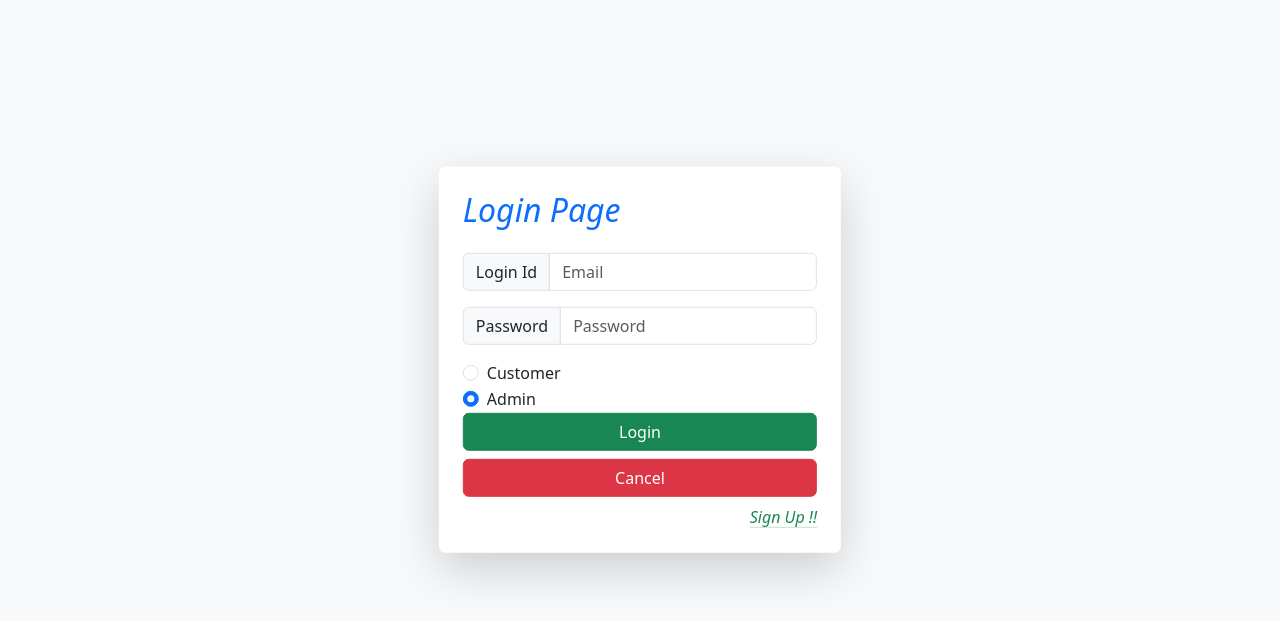
Repository: Niket-mishra/Dummy
Page: http://localhost/Mini-Project/Login.jsp
These files come from the project's save history. The page is drawn as it stood at one moment and after the next save; the edit follows.
The browser window is 1280 px wide. The pictures show the whole page.
The page is served by Tomcat 10. Other server files are loaded and not shown.

Above is the page before, as saved 2024-05-07 16:37:44.

### Mini-Project/src/main/webapp/Login.jsp
<%@ page language="java" contentType="text/html; charset=ISO-8859-1"
    pageEncoding="ISO-8859-1"%>
<!DOCTYPE html>
<html>
<head>
<meta charset="ISO-8859-1">
<link href="https://cdn.jsdelivr.net/npm/bootstrap@5.3.3/dist/css/bootstrap.min.css" rel="stylesheet" integrity="sha384-QWTKZyjpPEjISv5WaRU9OFeRpok6YctnYmDr5pNlyT2bRjXh0JMhjY6hW+ALEwIH" crossorigin="anonymous">
<title>Login Page</title>
</head>
<body class = "bg-light">
<div class="position-absolute top-50 start-50 translate-middle  p-4 mb-5 rounded shadow-lg bg-white">
<h2 class ="mb-4 fst-italic text-primary">Login Page</h2>
<form action="LoginController">
<div class="input-group mb-3">
  <span class="input-group-text">Login Id</span>
  <input type="email" aria-label="Email" class="form-control" placeholder="Email" required>
</div>

<div class="input-group mb-3">
  <span class="input-group-text">Password</span>
  <input type="password" aria-label="password" class="form-control" placeholder="Password" required>
</div>

<div class="form-check">
  <input class="form-check-input" type="radio" name="customer" id="flexRadioDefault1">
  <label class="form-check-label" for="flexRadioDefault1">
  Customer
  </label>
</div>
<div class="form-check">
  <input class="form-check-input" type="radio" name="admin" id="flexRadioDefault2" checked>
  <label class="form-check-label" for="flexRadioDefault2">
    Admin
  </label>
</div>

<div class="vstack gap-2 col-md-12 mx-auto">
<input type ="submit" value ="Login" class="btn btn-success">
<input type ="reset" value ="Cancel" class = "btn btn-danger">
<a href="NewCustomer.jsp" class = "fst-italic align-bottom d-flex justify-content-end link-success link-offset-2 link-underline-opacity-25 link-underline-opacity-100-hover">Sign Up !!</a>
</div>

</form>
</div>
</body>
</html>

After the next save:
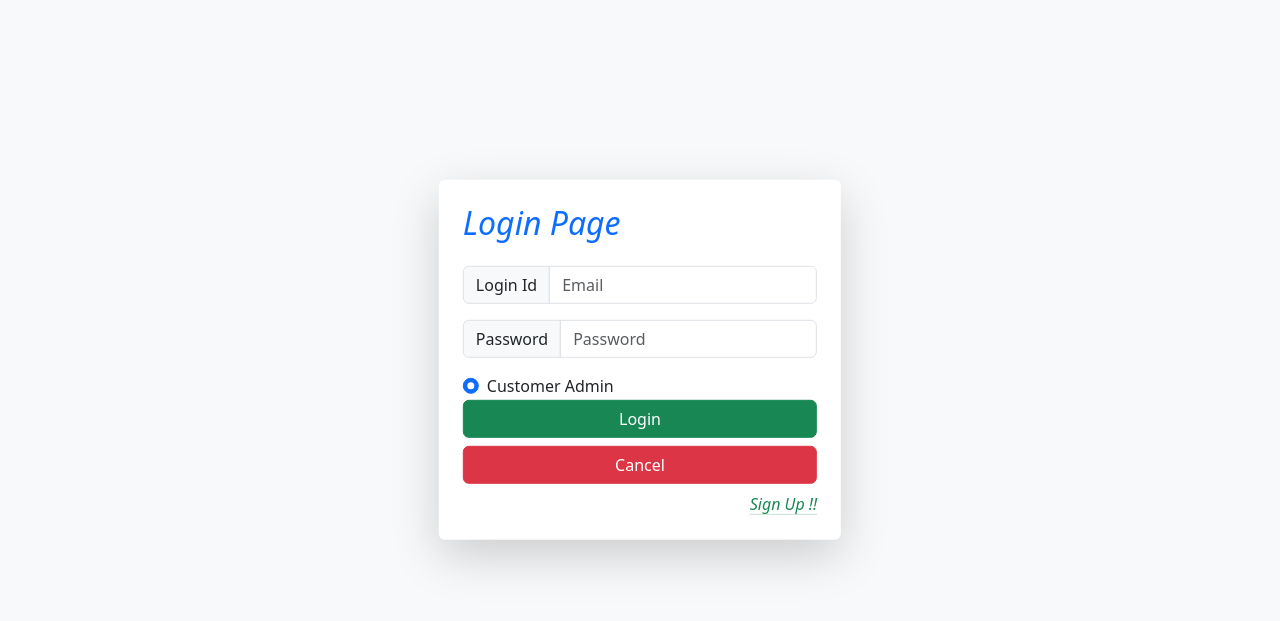
Saved 84 s later.
--- a/Mini-Project/src/main/webapp/Login.jsp
+++ b/Mini-Project/src/main/webapp/Login.jsp
@@ -26,13 +26,12 @@
   <label class="form-check-label" for="flexRadioDefault1">
   Customer
   </label>
-</div>
-<div class="form-check">
   <input class="form-check-input" type="radio" name="admin" id="flexRadioDefault2" checked>
   <label class="form-check-label" for="flexRadioDefault2">
     Admin
   </label>
 </div>
+
 
 <div class="vstack gap-2 col-md-12 mx-auto">
 <input type ="submit" value ="Login" class="btn btn-success">

After the save that followed:
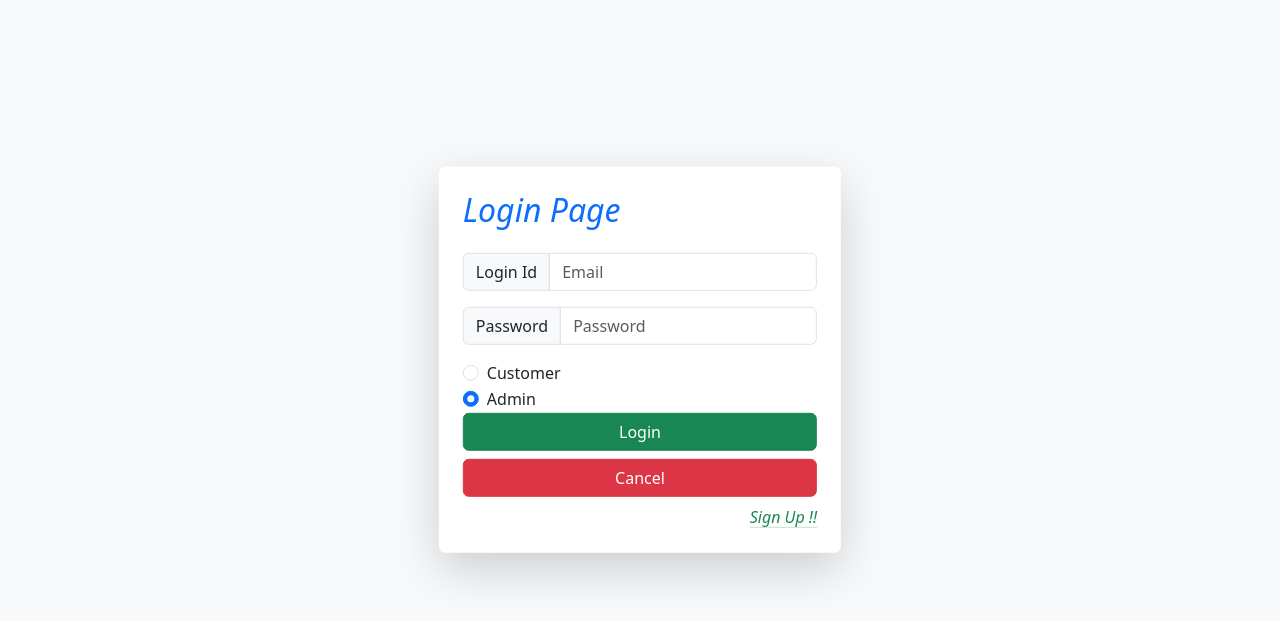
Saved 52 s later.
--- a/Mini-Project/src/main/webapp/Login.jsp
+++ b/Mini-Project/src/main/webapp/Login.jsp
@@ -26,12 +26,13 @@
   <label class="form-check-label" for="flexRadioDefault1">
   Customer
   </label>
+</div>
+<div class="form-check">
   <input class="form-check-input" type="radio" name="admin" id="flexRadioDefault2" checked>
   <label class="form-check-label" for="flexRadioDefault2">
     Admin
   </label>
 </div>
-
 
 <div class="vstack gap-2 col-md-12 mx-auto">
 <input type ="submit" value ="Login" class="btn btn-success">
